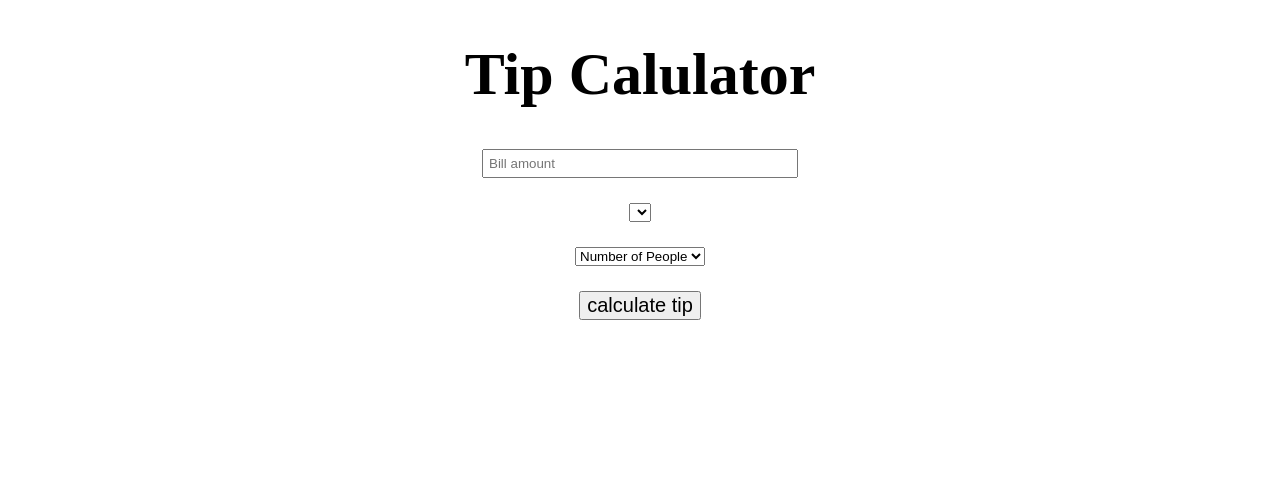
Repository: NiutaR/tip-calculator
Page: index.html
An editor plug-in stored every save of this project. The page is shown before and after the next save, followed by the edit.
The browser window is 1280 px wide. The pictures show the whole page.

Above is the page before, as saved 2021-07-28 19:05:28.

### index.html
<!DOCTYPE html>
<html lang="en">

<head>
    <meta charset="UTF-8">
    <meta http-equiv="X-UA-Compatible" content="IE=edge">
    <meta name="viewport" content="width=device-width, initial-scale=1.0">
    <link rel="stylesheet" href="style.css">
    <title>Tip Calculator</title>
</head>

<body>

    <!--<div id="container">
        <h1>Tip Calculator</h1>
        <div id="calculator">


            <form>
                <p>How much was your bill?
                <p>
                    $ <input id="billamt" type="text" placeholder="Bill Amount">

                <p>How was your service?
                <p>
                    <select id="serviceQual">
                        <option disabled selected value="0">-- Choose an Option --</option>
                        <option value="0.3">30&#37; &#45; Outstanding</option>
                        <option value="0.2">20&#37; &#45; Good</option>
                        <option value="0.15">15&#37; &#45; It was OK</option>
                        <option value="0.1">10&#37; &#45; Bad</option>
                        <option value="0.05">5&#37; &#45; Terrible</option>
                    </select>

            </form>
            <p>How many people are sharing the bill?</p>
            <input id="peopleamt" type="text" placeholder="Number of People"> people
            <button type="button" id="calculate">Calculate!</button>

        </div>-->




   <!--<div id="calculator">
       <h1>Tip Calculator</h1>
            <form id="mainForm">
                <p>How much was your bill?</p>
                <input id="amount" type="text" placeholder="Bill Amount" value=""> $
                <p>How was your service?</p>
                <label><input name="service" type="radio" value="0.3">30&#37 - Outstanding</label>
                <label><input name="service" type="radio" value="0.2">20&#37 - Good</label>
                <label><input name="service" type="radio" value="0.15">15&#37 - OKish</label>
                <label><input name="service" type="radio" value="0.1">10&#37 - Bad</label>
                <label><input name="service" type="radio" value="0.05">0&#37 - Never coming back</label>
                <p>How many people are sharing the bill?</p>
                <select id="person">
                    <option value="1">1</option>
                    <option value="2">2</option>
                    <option value="3">3</option>
                    <option value="4">4</option>
                    <option value="5">5</option>
                    <option value="6">6</option>
                    <option value="7">7</option>
                    <option value="8">8</option>
                    <option value="9">9</option>
                    <option value="10">10</option>
                </select>
                <br>
                <button onclick="TotalBillAmount()" id="btn">Calculate now</button>


            <div id="totalTip">
                <sup>$</sup><span id="tip">0.00</span>
                <small id="each">each</small>
            </div>
        </form>
        </div>-->
        <div class="container">
            <h1>Tip Calulator</h1>
            <input type="text" placeholder="Bill amount" class="text-input">
            <select></select>
            <select>
              <option value="" disabled="disabled" selected="selected">Number of People</option>
                <option value="1">1</option>
                <option value="2">2</option>
                <option value="3">3</option>
                <option value="4">4</option>
                <option value="5">5</option>
                <option value="6">6</option>
                <option value="7">7</option>
                <option value="8">8</option>
                <option value="9">9</option>
                <option value="10">10</option>
            </select>
            <input type="submit" value="calculate tip" class="button">
          </div>
          <div id='result'>

          </div>
    <script src="index.js"></script>
</body>

</html>

### style.css
body {
    font-family: 'Comic Sans MS';
}

.container {
    text-align: center;
}

.button {
    font-size: 20px;
}

h1 {
    font-size: 60px;
}

.text-input {
    padding: 5px 130px 5px 5px;
    margin-bottom: 25px;
}

.button, select {
    display: block;
    margin: auto;
}

select {
    margin-bottom: 25px;
}

#result {
    text-align: center;
    margin: 20px;
    font-size: 45px;
}

### index.js
/*Your project should have a button Calculate that will return the Tip value for each person based on next calculation:
(TotalBillAmount * ServiceLevel)/NumberOfPersons  */

//const TotalBillAmount = document.getElementById('amount');

/*function ServiceLevel() {
    let radioBtn = document.getElementById('service');
    for(let i = 0; i < radioBtn.length; i++) {
        if(radioBtn[i].checked) {

        }
    }
}*/
//getting values fro radio buttons
/*const calculate = document.getElementById('btn');
document.btn.onclick = function() {
    let ServiceLevel = document.querySelector('input[name = service]:checked').value;
    totalTip.innerHTML = "Your bil" + ServiceLevel;
}*/


/*function NumberOfPersons() {
    let select = document.getElementById('person');
    let value = select.options[select.selectedIndex].value;
    console.log(value);
}

function calculate() {
    return (TotalBillAmount * ServiceLevel) / NumberOfPersons;
}
console.log(calculate());*/

/*function calculateTip(totalBillAmount, serviceLevel) {
    let totalBillAmount = document.getElementById('amount').value;
    let serviceLevel = document.getElementsByName('service');
    let numberOfPersons = document.getElementById('person').value;

    //getting radio buttons

    for (let i = 0; i < service.length; i++) {
        if (service[i].checked) {
            alert(service[i].value);
        }
    }



}*/
//(TotalBillAmount * ServiceLevel)/NumberOfPersons
function calcTip(billAmount, percentageSelected) {
    let tipAmount = billAmount * percentageSelected;
    return tipAmount.toFixed(2);
  }

  function handleClick(event) {
    let billAmount = document.getElementsByTagName("input")[0].value;
    let percentageElement = document.getElementsByTagName("select")[0];
    let percentageSelected = percentageElement.options[percentageElement.selectedIndex].value;
    percentageSelected = percentageSelected/100;
    document.getElementById("result").innerHTML = "You should tip $" + calcTip(billAmount, percentageSelected);
  }

  document.getElementsByTagName("input")[1].onclick = handleClick;

After the next save:
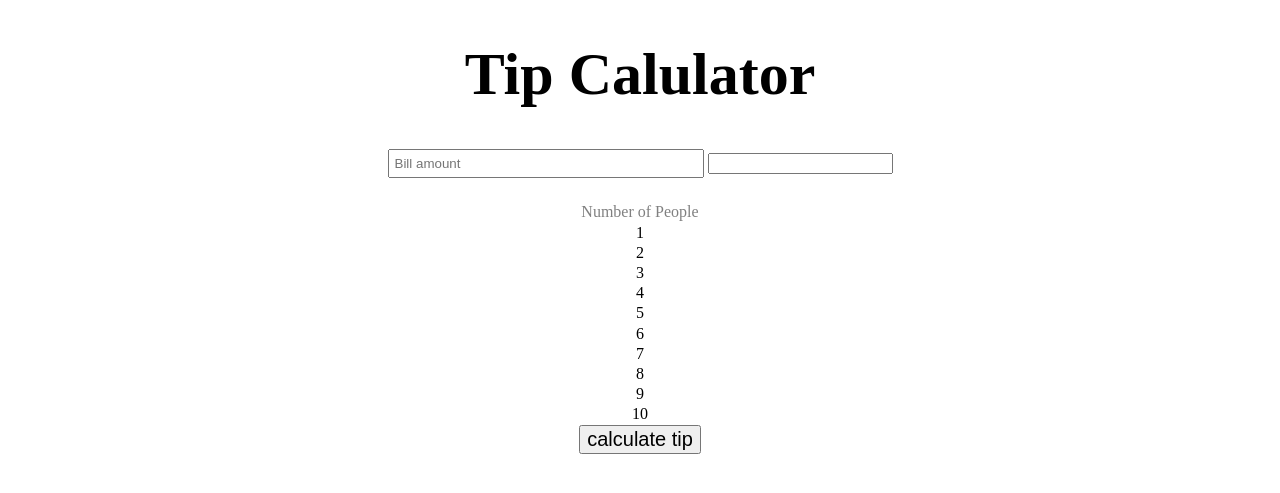
Saved 16 s later.
--- a/index.html
+++ b/index.html
@@ -79,7 +79,7 @@
         <div class="container">
             <h1>Tip Calulator</h1>
             <input type="text" placeholder="Bill amount" class="text-input">
-            <select></select>
+            <input type=""
             <select>
               <option value="" disabled="disabled" selected="selected">Number of People</option>
                 <option value="1">1</option>
